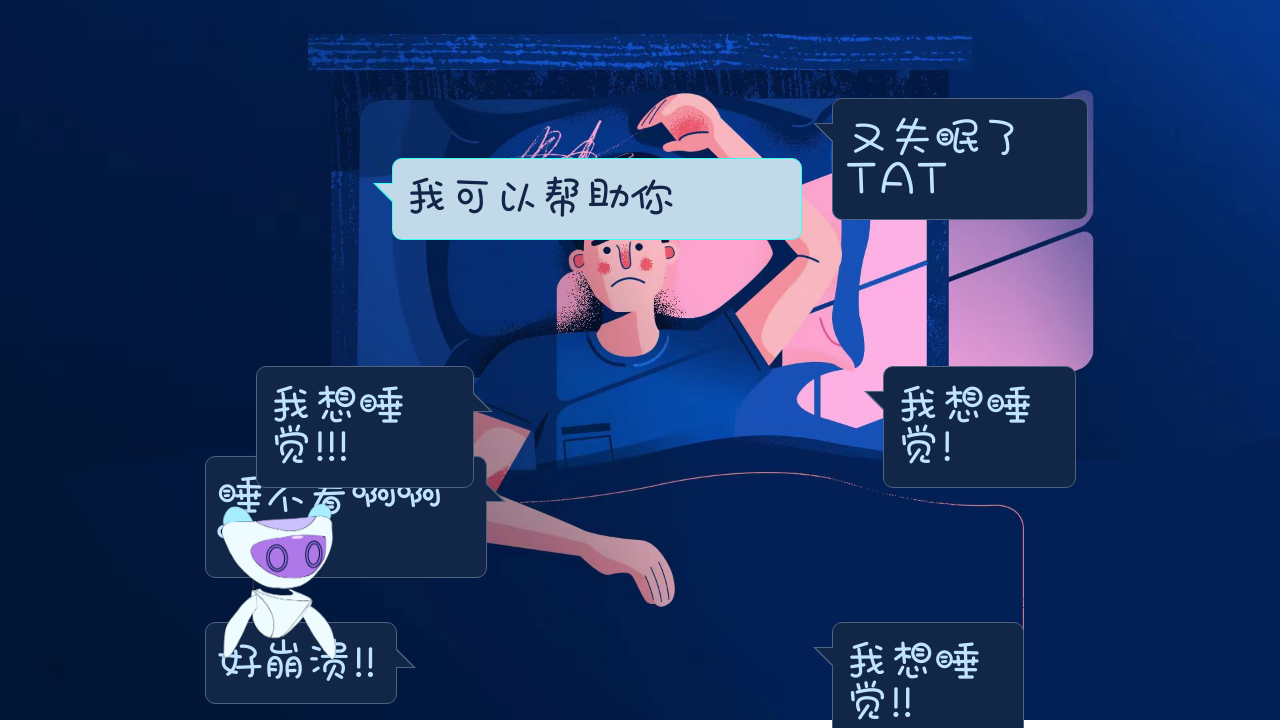
Repository: chjyume/zhongyi
Page: index2.html
An editor plug-in stored every save of this project. The page is shown before and after the next save, followed by the edit.
The browser window is 1280 px wide. The page is 1288 px wide, so the pictures cover 1288 px, including what lies to the right of the window. The pictures show the whole page.

Above is the page before, as saved 2023-06-27 09:06:22.

### index2.html
<!DOCTYPE html>
<html>
	<head>
        <meta charset="utf-8" />
		<title>小故事引入</title>

        <link href="css\index2.css" rel="stylesheet" type="text/css">
		<link rel="stylesheet" type="text/css" href="family\font.css">
	</head>
	<style>
	body
	{
        background-image:url("img/img2-1.png");
		background-repeat:no-repeat;
        height: 100%;
        width: 100%;
        background-size:cover;
        position:absolute;
        left:0;
        top:0;
	}
	</style>
	<body>
		<div id="man" tabindex="1">
		<div class="bubble1" id="text1"  tabindex="1" style="width: calc(18%)">又失眠了TAT</div>
		<div class="bubble1" id="text2"  tabindex="1" style="width: calc(13%)">我想睡觉!</div>
		<div class="bubble1" id="text4"  tabindex="1" style="width: calc(13%)">我想睡觉!!</div>
		<div class="bubble1" id="text5"  tabindex="1" style="width: calc(13%)">怎么办？</div>
		<div class="bubble2" id="text3" tabindex="1"  style="width: calc(20%)">睡不着啊啊啊!!</div>
		<div class="bubble2" id="text2" tabindex="1"  style="width: calc(15%)">我想睡觉!!!</div>
		<div class="bubble2" id="text4"  tabindex="1" style="width: calc(13%)">好崩溃!!</div>
		</div>
		<div id="AI" tabindex="1">
			<img id="robot" src="img/img2-2.png">
			<div class="bubble3" id="text" tabindex="1" style="width: calc(30%);">我可以帮助你</div>
		</div>
	</body>
</html>

### css/index2.css

.bubble1 {
    position: fixed;
    padding: 20px 12px;
    font-family:HYLeMiaoTi;
    font-size: 45px;
    line-height: 40px;
    top: calc(10%);
    left: calc(65%);
    color: #c0e3ff;
    background: #122648;
    border: 1px solid #4e637e;
    border-radius: 10px;
    opacity: 0;
  }

  .bubble1::before,
  .bubble1::after {

    position: absolute;
    left: -20px;
    top:24px;
    display: block;
    font-size: 0;
    line-height: 0;
    border-color: #4e637e #4e637e transparent transparent;
    border-style: solid;
    border-width: 10px;
    content: "";
  }

  .bubble1::after {
    left: -17px;
    top:25px;
    border-color: #122648 #122648 transparent transparent;
  }



  .bubble2 {
    position: fixed;
    padding: 20px 12px;
    font-family:HYLeMiaoTi;
    font-size: 45px;
    line-height: 40px;
    top: calc(10%);
    left: calc(16%);
    color: #c0e3ff;
    background: #122648;
    border: 1px solid #4e637e;
    border-radius: 10px;
    opacity: 0;
  }


  .bubble2::before,
  .bubble2::after {

    position: absolute;
    right: -20px;
    top:25px;
    display: block;
    font-size: 0;
    line-height: 0;
    border-color: transparent transparent #4e637e #4e637e;
    border-style: solid;
    border-width: 10px;
    content: "";
  }

  .bubble2::after {
    right: -17px;
    top:24px;
    border-color:transparent transparent #122648 #122648 ;
  }


  #text1{
    margin-top: calc(2%);
    animation: bubble 2s linear 0s 1 normal forwards;
  }
  #text2{
    margin-top: calc(23%);
    margin-left: calc(4%);
    animation: bubble 2s linear 1.5s 1 normal forwards;
  }
  #text3{
    margin-top: calc(30%);
    margin-right: calc(2%);
    animation: bubble 2s linear 1s 1 normal forwards;
  }
  #text4{
    margin-top: calc(43%);
    margin-right: calc(3%);
    animation: bubble 2s linear 2s 1 normal forwards;
  }
  #text5{
    margin-top: calc(70%);
    margin-right: calc(3%);
    animation: bubble 2s linear 2.5s 1 normal forwards;
  }


  @keyframes bubble {
    0% {
      opacity: 0;
  }
  100% {
    opacity: 1;
  }
}

.bubble1:hover{
  cursor:pointer;
}
.bubble2:hover{
  cursor:pointer;
}

#text1:focus{
  animation: rebubble 3s ease-out 0s 1 normal forwards;
}

#text2:focus{
  animation: rebubble 3s ease-out 0s 1 normal forwards;
}

#text3:focus{
  animation: rebubble 3s ease-out 0s 1 normal forwards;
}

#text4:focus{
  animation: rebubble 3s ease-out 0s 1 normal forwards;
}

  #man:has(>#text5:focus){
    animation: man 1s linear 0s 1 normal forwards;
  }

@keyframes rebubble {
  0% {
    opacity: 1;
}
50% {
  opacity: 0;
}
100%{
  opacity: 1;
}
}

@keyframes man {
100% {
  opacity: 0;
  display: none;
}
}

/* AI机器人部分 */
#robot{
  width: 13%;
  position: fixed;
  top: calc(65%);
  left: calc(15%);
  z-index: 1;

}

.bubble3 {
  position: relative;
  padding: 20px 12px;
  font-family:HYLeMiaoTi;
  font-size: 45px;
  line-height: 40px;
  top: 150px;
  left: calc(30%);
  color: #122648;
  background: #c2d9e9;
  border: 1px solid #3fffef;
  border-radius: 10px;

}

.bubble3::before,
.bubble3::after {

  position: absolute;
  left: -20px;
  top:24px;
  display: block;
  font-size: 0;
  line-height: 0;
  border-color: #3fffef #3fffef transparent transparent;
  border-style: solid;
  border-width: 10px;
  content: "";
}

.bubble3::after {
  left: -17px;
  top:25px;
  border-color: #c2d9e9 #c2d9e9 transparent transparent;
}

### family/font.css
@font-face {
    font-family: "HYLeMiaoTi";
    src:url("HYLeMiaoTiJ.ttf");
    font-weight: normal;
    font-style: normal;
}

After the next save:
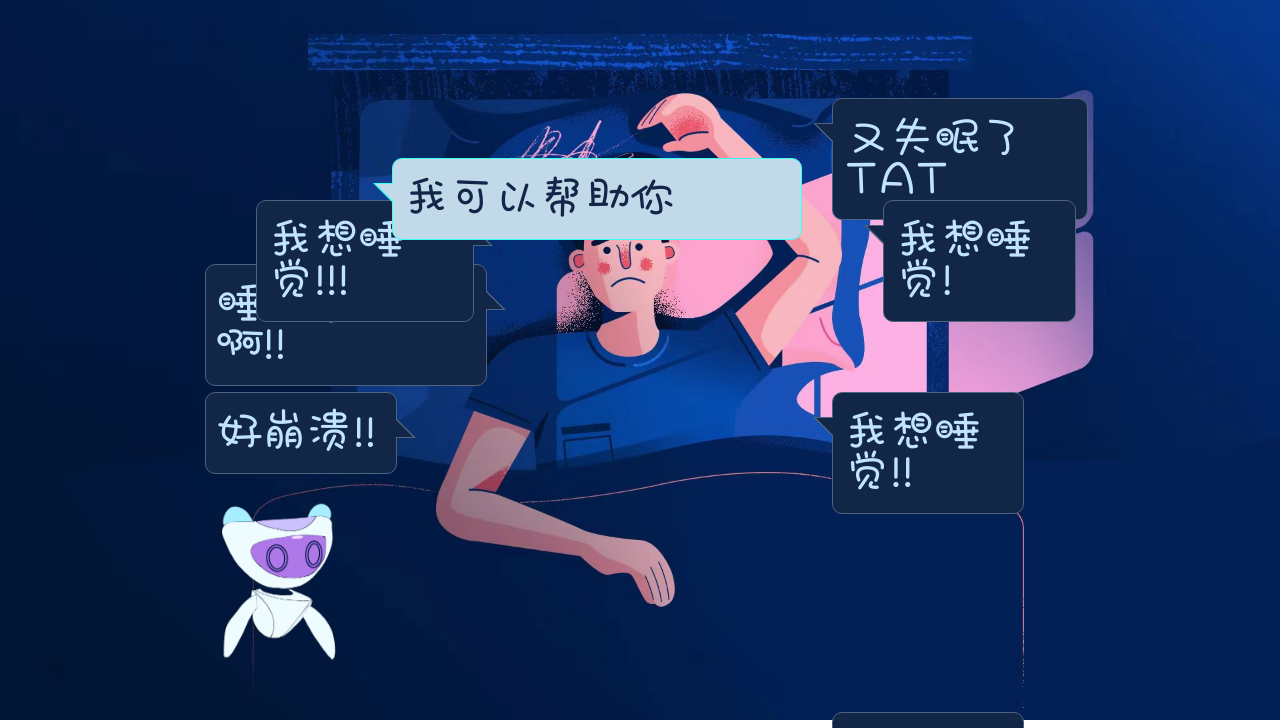
Saved 73 s later.
--- a/css/index2.css
+++ b/css/index2.css
@@ -80,22 +80,22 @@
     animation: bubble 2s linear 0s 1 normal forwards;
   }
   #text2{
-    margin-top: calc(23%);
+    margin-top: calc(10%);
     margin-left: calc(4%);
     animation: bubble 2s linear 1.5s 1 normal forwards;
   }
   #text3{
-    margin-top: calc(30%);
+    margin-top: calc(15%);
     margin-right: calc(2%);
     animation: bubble 2s linear 1s 1 normal forwards;
   }
   #text4{
-    margin-top: calc(43%);
+    margin-top: calc(25%);
     margin-right: calc(3%);
     animation: bubble 2s linear 2s 1 normal forwards;
   }
   #text5{
-    margin-top: calc(70%);
+    margin-top: calc(50%);
     margin-right: calc(3%);
     animation: bubble 2s linear 2.5s 1 normal forwards;
   }
